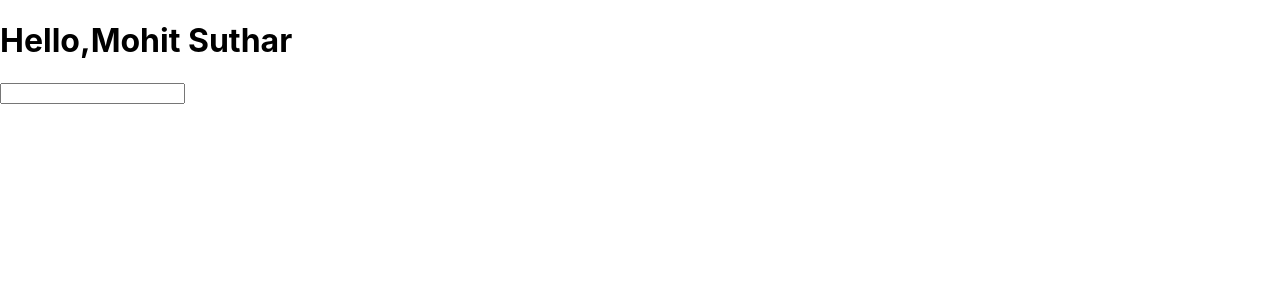
Repository: mohit78911/formikformvalidation
Page: /
An editor plug-in stored every save of this project. The page is shown before and after a run of saves, followed by the edit.
The browser window is 1280 px wide. The pictures show the whole page.
The project was rebuilt for these pictures with package versions that can differ from the ones it lists, and the page was loaded fresh each time.

Above is the page before, as saved 2023-06-06 05:33:20.

### src/App.js
import React from "react";

export default function App() {
  return (
  <div>
    <h1>Hello,Mohit Suthar</h1>
    <input></input>
  </div>
  )
}

Loaded but not shown: public/index.html (common file); src/index.js (common file); src/index.css (common file); src/reportWebVitals.js (common file)

After the next 3 saves:
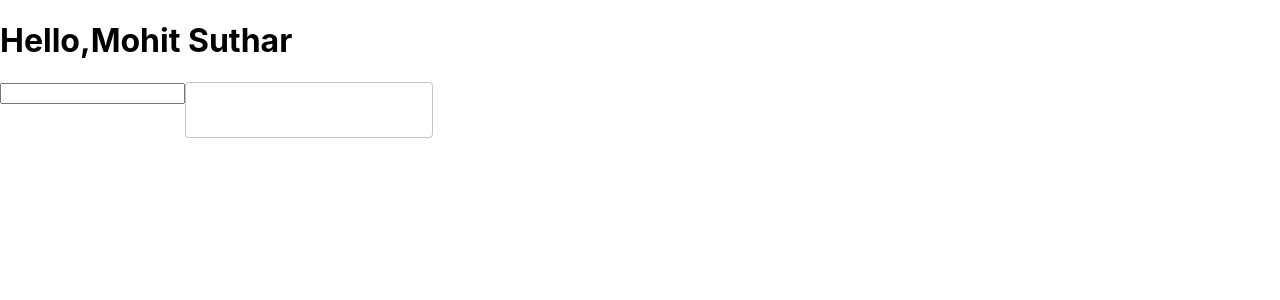
The 3 saves are shown as one change because they came seconds apart.
The last was saved 10 s later.
--- a/src/App.js
+++ b/src/App.js
@@ -1,3 +1,4 @@
+import { TextField } from "@mui/material";
 import React from "react";
 
 export default function App() {
@@ -5,6 +6,7 @@ export default function App() {
   <div>
     <h1>Hello,Mohit Suthar</h1>
     <input></input>
+    <TextField/>
   </div>
   )
 }
